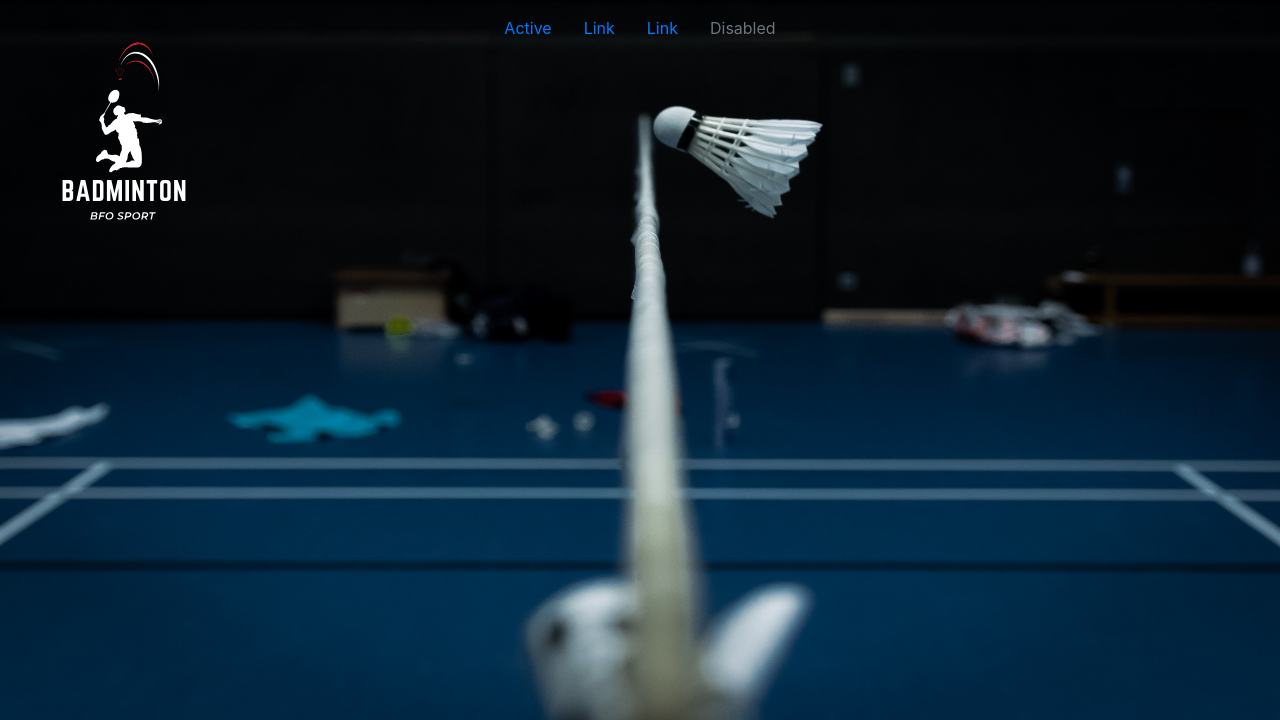
Repository: tsthuy/Badminton
Page: index.html
The author's editor kept a copy of each file at every save. The page is drawn from the files as they stood at one save, then again after the next save.
The browser window is 1280 px wide. The pictures show the whole page.
Some web libraries are served in a nearby version.

Above is the page before, as saved 2023-10-13 20:58:39.

After the next save:
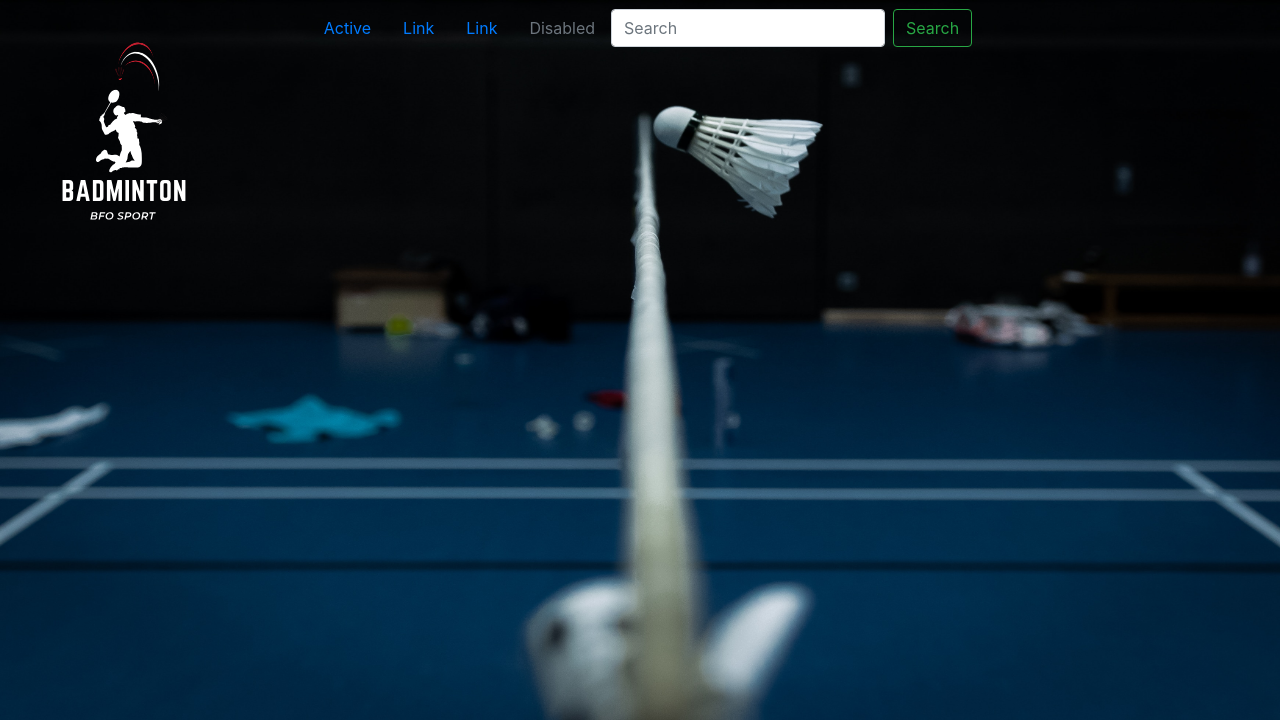
Saved 31 s later.
--- a/index.html
+++ b/index.html
@@ -28,7 +28,10 @@
     <a class="nav-link disabled" href="#">Disabled</a>
   </li>
 </ul>
-
+<form class="form-inline my-2 my-lg-0">
+    <input class="form-control mr-sm-2" type="search" placeholder="Search" aria-label="Search">
+    <button class="btn btn-outline-success my-2 my-sm-0" type="submit">Search</button>
+  </form>
 </nav>
    <div class="background_cover">
 
